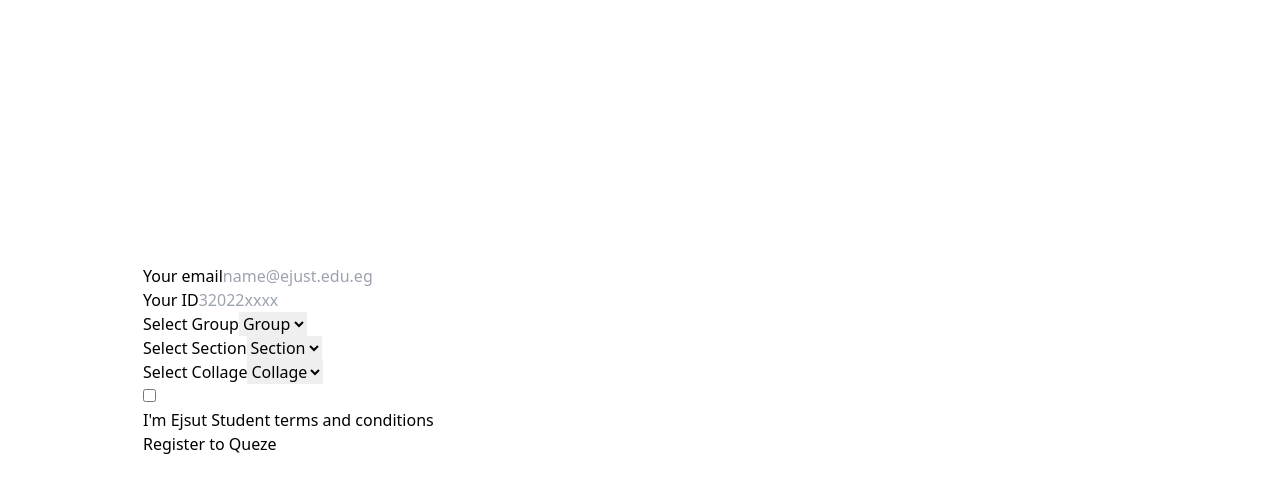
Repository: AbdalrahmanEldeep/FIBOTIC
Page: /
The author's editor kept a copy of each file at every save. The page is drawn from the files as they stood at one save, then again after the next save.
The browser window is 1280 px wide. The pictures show the whole page.
The project was rebuilt for these pictures with package versions that can differ from the ones it lists, and the page was loaded fresh each time. Also part of the build but not shown: vite.config.js, src/pages/protecter.jsx, src/pages/exame.jsx.

Above is the page before, as saved 2023-01-06 22:57:01.

### index.html
<!DOCTYPE html>
<html lang="en">
  <head>
    <meta charset="UTF-8" />
    <link rel="icon" type="image/svg+xml" href="/vite.svg" />
    <meta name="viewport" content="width=device-width, initial-scale=1.0" />
    <title>FIBO</title>
    <!-- Tailwindcss -->
    <link rel="stylesheet" href="/src/global/app.css">
  </head>
  <body>
    <div id="root"></div>
    <script type="module" src="/src/main.jsx"></script>
  </body>
</html>

### src/global/app.css
/*
! tailwindcss v3.2.4 | MIT License | https://tailwindcss.com
*/

/*
1. Prevent padding and border from affecting element width. (https://github.com/mozdevs/cssremedy/issues/4)
2. Allow adding a border to an element by just adding a border-width. (https://github.com/tailwindcss/tailwindcss/pull/116)
*/

*,
::before,
::after {
  box-sizing: border-box;
  /* 1 */
  border-width: 0;
  /* 2 */
  border-style: solid;
  /* 2 */
  border-color: #e5e7eb;
  /* 2 */
}

::before,
::after {
  --tw-content: '';
}

/*
1. Use a consistent sensible line-height in all browsers.
2. Prevent adjustments of font size after orientation changes in iOS.
3. Use a more readable tab size.
4. Use the user's configured `sans` font-family by default.
5. Use the user's configured `sans` font-feature-settings by default.
*/

html {
  line-height: 1.5;
  /* 1 */
  -webkit-text-size-adjust: 100%;
  /* 2 */
  -moz-tab-size: 4;
  /* 3 */
  -o-tab-size: 4;
     tab-size: 4;
  /* 3 */
  font-family: ui-sans-serif, system-ui, -apple-system, BlinkMacSystemFont, "Segoe UI", Roboto, "Helvetica Neue", Arial, "Noto Sans", sans-serif, "Apple Color Emoji", "Segoe UI Emoji", "Segoe UI Symbol", "Noto Color Emoji";
  /* 4 */
  font-feature-settings: normal;
  /* 5 */
}

/*
1. Remove the margin in all browsers.
2. Inherit line-height from `html` so users can set them as a class directly on the `html` element.
*/

body {
  margin: 0;
  /* 1 */
  line-height: inherit;
  /* 2 */
}

/*
1. Add the correct height in Firefox.
2. Correct the inheritance of border color in Firefox. (https://bugzilla.mozilla.org/show_bug.cgi?id=190655)
3. Ensure horizontal rules are visible by default.
*/

hr {
  height: 0;
  /* 1 */
  color: inherit;
  /* 2 */
  border-top-width: 1px;
  /* 3 */
}

/*
Add the correct text decoration in Chrome, Edge, and Safari.
*/

abbr:where([title]) {
  -webkit-text-decoration: underline dotted;
          text-decoration: underline dotted;
}

/*
Remove the default font size and weight for headings.
*/

h1,
h2,
h3,
h4,
h5,
h6 {
  font-size: inherit;
  font-weight: inherit;
}

/*
Reset links to optimize for opt-in styling instead of opt-out.
*/

a {
  color: inherit;
  text-decoration: inherit;
}

/*
Add the correct font weight in Edge and Safari.
*/

b,
strong {
  font-weight: bolder;
}

/*
1. Use the user's configured `mono` font family by default.
2. Correct the odd `em` font sizing in all browsers.
*/

code,
kbd,
samp,
pre {
  font-family: ui-monospace, SFMono-Regular, Menlo, Monaco, Consolas, "Liberation Mono", "Courier New", monospace;
  /* 1 */
  font-size: 1em;
  /* 2 */
}

/*
Add the correct font size in all browsers.
*/

small {
  font-size: 80%;
}

/*
Prevent `sub` and `sup` elements from affecting the line height in all browsers.
*/

sub,
sup {
  font-size: 75%;
  line-height: 0;
  position: relative;
  vertical-align: baseline;
}

sub {
  bottom: -0.25em;
}

sup {
  top: -0.5em;
}

/*
1. Remove text indentation from table contents in Chrome and Safari. (https://bugs.chromium.org/p/chromium/issues/detail?id=999088, https://bugs.webkit.org/show_bug.cgi?id=201297)
2. Correct table border color inheritance in all Chrome and Safari. (https://bugs.chromium.org/p/chromium/issues/detail?id=935729, https://bugs.webkit.org/show_bug.cgi?id=195016)
3. Remove gaps between table borders by default.
*/

table {
  text-indent: 0;
  /* 1 */
  border-color: inherit;
  /* 2 */
  border-collapse: collapse;
  /* 3 */
}

/*
1. Change the font styles in all browsers.
2. Remove the margin in Firefox and Safari.
3. Remove default padding in all browsers.
*/

button,
input,
optgroup,
select,
textarea {
  font-family: inherit;
  /* 1 */
  font-size: 100%;
  /* 1 */
  font-weight: inherit;
  /* 1 */
  line-height: inherit;
  /* 1 */
  color: inherit;
  /* 1 */
  margin: 0;
  /* 2 */
  padding: 0;
  /* 3 */
}

/*
Remove the inheritance of text transform in Edge and Firefox.
*/

button,
select {
  text-transform: none;
}

/*
1. Correct the inability to style clickable types in iOS and Safari.
2. Remove default button styles.
*/

button,
[type='button'],
[type='reset'],
[type='submit'] {
  -webkit-appearance: button;
  /* 1 */
  background-color: transparent;
  /* 2 */
  background-image: none;
  /* 2 */
}

/*
Use the modern Firefox focus style for all focusable elements.
*/

:-moz-focusring {
  outline: auto;
}

/*
Remove the additional `:invalid` styles in Firefox. (https://github.com/mozilla/gecko-dev/blob/2f9eacd9d3d995c937b4251a5557d95d494c9be1/layout/style/res/forms.css#L728-L737)
*/

:-moz-ui-invalid {
  box-shadow: none;
}

/*
Add the correct vertical alignment in Chrome and Firefox.
*/

progress {
  vertical-align: baseline;
}

/*
Correct the cursor style of increment and decrement buttons in Safari.
*/

::-webkit-inner-spin-button,
::-webkit-outer-spin-button {
  height: auto;
}

/*
1. Correct the odd appearance in Chrome and Safari.
2. Correct the outline style in Safari.
*/

[type='search'] {
  -webkit-appearance: textfield;
  /* 1 */
  outline-offset: -2px;
  /* 2 */
}

/*
Remove the inner padding in Chrome and Safari on macOS.
*/

::-webkit-search-decoration {
  -webkit-appearance: none;
}

/*
1. Correct the inability to style clickable types in iOS and Safari.
2. Change font properties to `inherit` in Safari.
*/

::-webkit-file-upload-button {
  -webkit-appearance: button;
  /* 1 */
  font: inherit;
  /* 2 */
}

/*
Add the correct display in Chrome and Safari.
*/

summary {
  display: list-item;
}

/*
Removes the default spacing and border for appropriate elements.
*/

blockquote,
dl,
dd,
h1,
h2,
h3,
h4,
h5,
h6,
hr,
figure,
p,
pre {
  margin: 0;
}

fieldset {
  margin: 0;
  padding: 0;
}

legend {
  padding: 0;
}

ol,
ul,
menu {
  list-style: none;
  margin: 0;
  padding: 0;
}

/*
Prevent resizing textareas horizontally by default.
*/

textarea {
  resize: vertical;
}

/*
1. Reset the default placeholder opacity in Firefox. (https://github.com/tailwindlabs/tailwindcss/issues/3300)
2. Set the default placeholder color to the user's configured gray 400 color.
*/

input::-moz-placeholder, textarea::-moz-placeholder {
  opacity: 1;
  /* 1 */
  color: #9ca3af;
  /* 2 */
}

input::placeholder,
textarea::placeholder {
  opacity: 1;
  /* 1 */
  color: #9ca3af;
  /* 2 */
}

/*
Set the default cursor for buttons.
*/

button,
[role="button"] {
  cursor: pointer;
}

/*
Make sure disabled buttons don't get the pointer cursor.
*/

:disabled {
  cursor: default;
}

/*
1. Make replaced elements `display: block` by default. (https://github.com/mozdevs/cssremedy/issues/14)
2. Add `vertical-align: middle` to align replaced elements more sensibly by default. (https://github.com/jensimmons/cssremedy/issues/14#issuecomment-634934210)
   This can trigger a poorly considered lint error in some tools but is included by design.
*/

img,
svg,
video,
canvas,
audio,
iframe,
embed,
object {
  display: block;
  /* 1 */
  vertical-align: middle;
  /* 2 */
}

/*
Constrain images and videos to the parent width and preserve their intrinsic aspect ratio. (https://github.com/mozdevs/cssremedy/issues/14)
*/

img,
video {
  max-width: 100%;
  height: auto;
}

/* Make elements with the HTML hidden attribute stay hidden by default */

[hidden] {
  display: none;
}

*, ::before, ::after {
  --tw-border-spacing-x: 0;
  --tw-border-spacing-y: 0;
  --tw-translate-x: 0;
  --tw-translate-y: 0;
  --tw-rotate: 0;
  --tw-skew-x: 0;
  --tw-skew-y: 0;
  --tw-scale-x: 1;
  --tw-scale-y: 1;
  --tw-pan-x:  ;
  --tw-pan-y:  ;
  --tw-pinch-zoom:  ;
  --tw-scroll-snap-strictness: proximity;
  --tw-ordinal:  ;
  --tw-slashed-zero:  ;
  --tw-numeric-figure:  ;
  --tw-numeric-spacing:  ;
  --tw-numeric-fraction:  ;
  --tw-ring-inset:  ;
  --tw-ring-offset-width: 0px;
  --tw-ring-offset-color: #fff;
  --tw-ring-color: rgb(59 130 246 / 0.5);
  --tw-ring-offset-shadow: 0 0 #0000;
  --tw-ring-shadow: 0 0 #0000;
  --tw-shadow: 0 0 #0000;
  --tw-shadow-colored: 0 0 #0000;
  --tw-blur:  ;
  --tw-brightness:  ;
  --tw-contrast:  ;
  --tw-grayscale:  ;
  --tw-hue-rotate:  ;
  --tw-invert:  ;
  --tw-saturate:  ;
  --tw-sepia:  ;
  --tw-drop-shadow:  ;
  --tw-backdrop-blur:  ;
  --tw-backdrop-brightness:  ;
  --tw-backdrop-contrast:  ;
  --tw-backdrop-grayscale:  ;
  --tw-backdrop-hue-rotate:  ;
  --tw-backdrop-invert:  ;
  --tw-backdrop-opacity:  ;
  --tw-backdrop-saturate:  ;
  --tw-backdrop-sepia:  ;
}

::backdrop {
  --tw-border-spacing-x: 0;
  --tw-border-spacing-y: 0;
  --tw-translate-x: 0;
  --tw-translate-y: 0;
  --tw-rotate: 0;
  --tw-skew-x: 0;
  --tw-skew-y: 0;
  --tw-scale-x: 1;
  --tw-scale-y: 1;
  --tw-pan-x:  ;
  --tw-pan-y:  ;
  --tw-pinch-zoom:  ;
  --tw-scroll-snap-strictness: proximity;
  --tw-ordinal:  ;
  --tw-slashed-zero:  ;
  --tw-numeric-figure:  ;
  --tw-numeric-spacing:  ;
  --tw-numeric-fraction:  ;
  --tw-ring-inset:  ;
  --tw-ring-offset-width: 0px;
  --tw-ring-offset-color: #fff;
  --tw-ring-color: rgb(59 130 246 / 0.5);
  --tw-ring-offset-shadow: 0 0 #0000;
  --tw-ring-shadow: 0 0 #0000;
  --tw-shadow: 0 0 #0000;
  --tw-shadow-colored: 0 0 #0000;
  --tw-blur:  ;
  --tw-brightness:  ;
  --tw-contrast:  ;
  --tw-grayscale:  ;
  --tw-hue-rotate:  ;
  --tw-invert:  ;
  --tw-saturate:  ;
  --tw-sepia:  ;
  --tw-drop-shadow:  ;
  --tw-backdrop-blur:  ;
  --tw-backdrop-brightness:  ;
  --tw-backdrop-contrast:  ;
  --tw-backdrop-grayscale:  ;
  --tw-backdrop-hue-rotate:  ;
  --tw-backdrop-invert:  ;
  --tw-backdrop-opacity:  ;
  --tw-backdrop-saturate:  ;
  --tw-backdrop-sepia:  ;
}

### src/main.jsx
import ReactDOM  from "react-dom/client";
import { Root } from "./router/Root";
import 'flowbite';

const root = ReactDOM.createRoot(document.querySelector("#root"));

root.render(
  <Root/>
)

### src/router/Root.jsx
import React from 'react'
import { BrowserRouter, Route, Routes } from 'react-router-dom'
import Home from '../pages/home'
import Protecter from '../pages/protecter'
import Aboute from '../pages/exame'

export const Root = () => {
  return (
    <BrowserRouter>
        <Routes>
            <Route path="/" element={<Protecter statuse={true}><Home/></Protecter>}/>
            <Route path="/exame" element={<Protecter statuse={true}><Aboute/></Protecter>}/>
        </Routes>
    </BrowserRouter>
  )
}

### src/pages/home.jsx
import React from 'react'
import styled from 'styled-components'
import { Form } from '../components/Form'

const Container = styled.div`

  position: fixed;
  top: 50%;
  left: 50%;
  transform: translate(-50%,-50%);
  width: 80%;
  margin: 0 auto;

`

export default function Home() {
  return (
    <>
    <Container>
      <Form/>
    </Container>
    </>
  )
}

### src/components/Form.jsx
import React from 'react'

export const Form = () => {
  return (

        <form className='shadow' style={{padding:"15px"}}>
            <div className="mb-6">
                <label htmlFor="email" className="block mb-2 text-sm font-medium text-gray-900 dark:text-white">Your email</label>
                <input type="email" id="email" className="w-full shadow-sm bg-gray-50 border border-gray-300 text-gray-900 text-sm rounded focus:ring-blue-500 focus:border-blue-500 block p-2.5 dark:bg-gray-700 dark:border-gray-600 dark:placeholder-gray-400 dark:text-white dark:focus:ring-blue-500 dark:focus:border-blue-500 dark:shadow-sm-light" placeholder="name@ejust.edu.eg" required />
            </div>
            <div className="mb-6">
                <label htmlFor="stdid" className="block mb-2 text-sm font-medium text-gray-900 dark:text-white">Your ID</label>
                <input type="text" id="stdid" placeholder='32022xxxx' className="shadow-sm bg-gray-50 border border-gray-300 text-gray-900 text-sm rounded focus:ring-blue-500 focus:border-blue-500 block w-full p-2.5 dark:bg-gray-700 dark:border-gray-600 dark:placeholder-gray-400 dark:text-white dark:focus:ring-blue-500 dark:focus:border-blue-500 dark:shadow-sm-light" required />
            </div>
            <div className="flex flex-col gap-2 items-start mb-6">
                <label htmlFor="countries" className="block mb-2 text-sm font-medium text-gray-900 dark:text-white">Select Group</label>
                <select id="countries" className="bg-gray-50 border border-gray-300 text-gray-900 text-sm rounded focus:ring-blue-500 focus:border-blue-500 block w-full p-2.5 dark:bg-gray-700 dark:border-gray-600 dark:placeholder-gray-400 dark:text-white dark:focus:ring-blue-500 dark:focus:border-blue-500">
                    <option defaultValue="Group">Group</option>
                    <option value="US">G1</option>
                    <option value="CA">G2</option>
                    <option value="FR">G3</option>
                    <option value="DE">G4</option>
                </select>
            </div>
            <div className="flex flex-col gap-2 items-start mb-6">
                <label htmlFor="countries" className="block mb-2 text-sm font-medium text-gray-900 dark:text-white">Select Section</label>
                <select id="countries" className="bg-gray-50 border border-gray-300 text-gray-900 text-sm rounded focus:ring-blue-500 focus:border-blue-500 block w-full p-2.5 dark:bg-gray-700 dark:border-gray-600 dark:placeholder-gray-400 dark:text-white dark:focus:ring-blue-500 dark:focus:border-blue-500">
                    <option defaultValue="Section">Section</option>
                    <option value="1">S1</option>
                    <option value="2">S2</option>
                    <option value="3">S3</option>
                </select>
            </div>
            <div className="flex flex-col gap-2 items-start mb-6">
                <label htmlFor="countries" className="block mb-2 text-sm font-medium text-gray-900 dark:text-white">Select Collage</label>
                <select id="countries" className="bg-gray-50 border border-gray-300 text-gray-900 text-sm rounded focus:ring-blue-500 focus:border-blue-500 block w-full p-2.5 dark:bg-gray-700 dark:border-gray-600 dark:placeholder-gray-400 dark:text-white dark:focus:ring-blue-500 dark:focus:border-blue-500">
                    <option defaultValue="Collage">Collage</option>
                    <option value="CSIT">CSIT</option>
                </select>
            </div>
            <div className="flex items-start mb-6">
                <div className="flex items-center h-5">
                <input id="terms" type="checkbox" value="" className="w-4 h-4 border border-gray-300 rounded bg-gray-50 focus:ring-3 focus:ring-blue-300 dark:bg-gray-700 dark:border-gray-600 dark:focus:ring-blue-600 dark:ring-offset-gray-800" required />
                </div>
                <label htmlFor="terms" className="ml-2 text-sm font-medium text-gray-900 dark:text-gray-300">I'm Ejsut Student  <a href="#" className="text-blue-600 hover:underline dark:text-blue-500">terms and conditions</a></label>
            </div>
            <button type="submit" className="text-white bg-blue-700 hover:bg-blue-800 focus:ring-4 focus:outline-none focus:ring-blue-300 font-medium rounded text-sm px-5 py-2.5 text-center dark:bg-blue-600 dark:hover:bg-blue-700 dark:focus:ring-blue-800">Register to Queze</button>
        </form>


  )
}

After the next save:
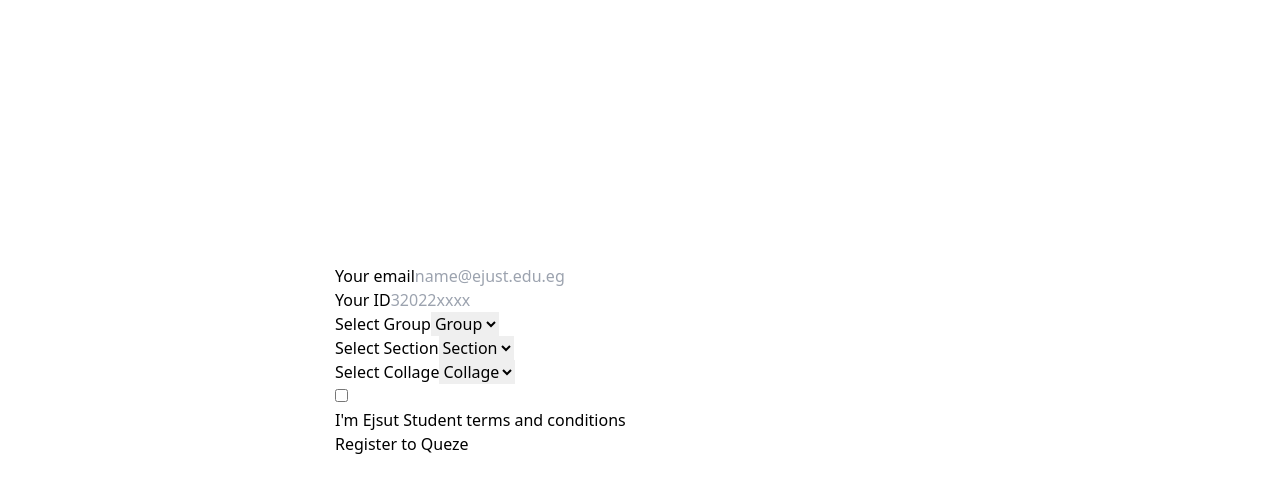
Saved 36 s later.
--- a/src/pages/home.jsx
+++ b/src/pages/home.jsx
@@ -10,7 +10,9 @@ const Container = styled.div`
   transform: translate(-50%,-50%);
   width: 80%;
   margin: 0 auto;
-
+  @media screen and (min-width:976px) {
+    width: 50%;
+  }
 `
 
 export default function Home() {
